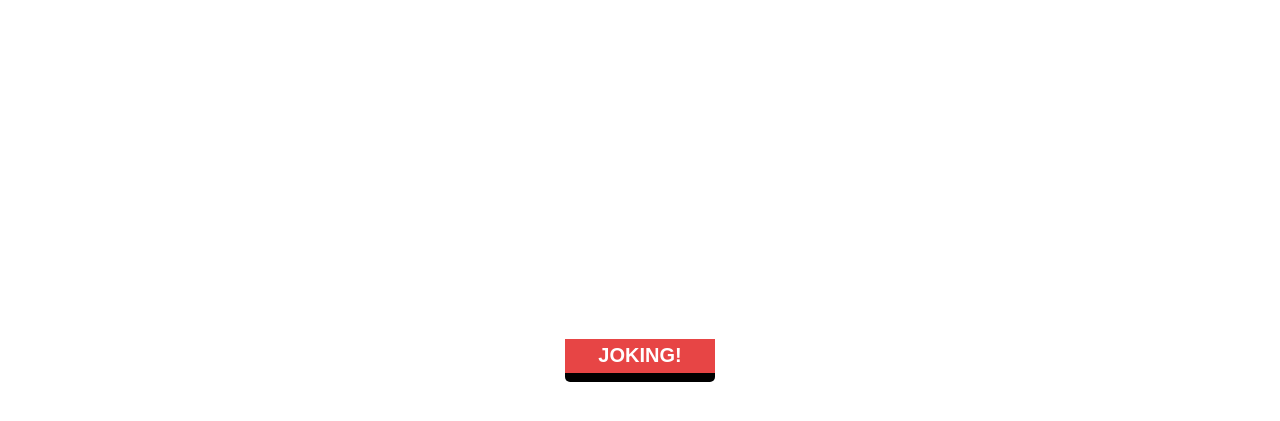
Repository: safak/animation
Page: index.html
The author's editor kept a copy of each file at every save. The page is drawn from the files as they stood at one save, then again after the next save.
The browser window is 1280 px wide. The pictures show the whole page.
The pointer rests on the first visible `.button-1`.

Above is the page before, as saved 2020-12-17 01:44:40.

After the next save:
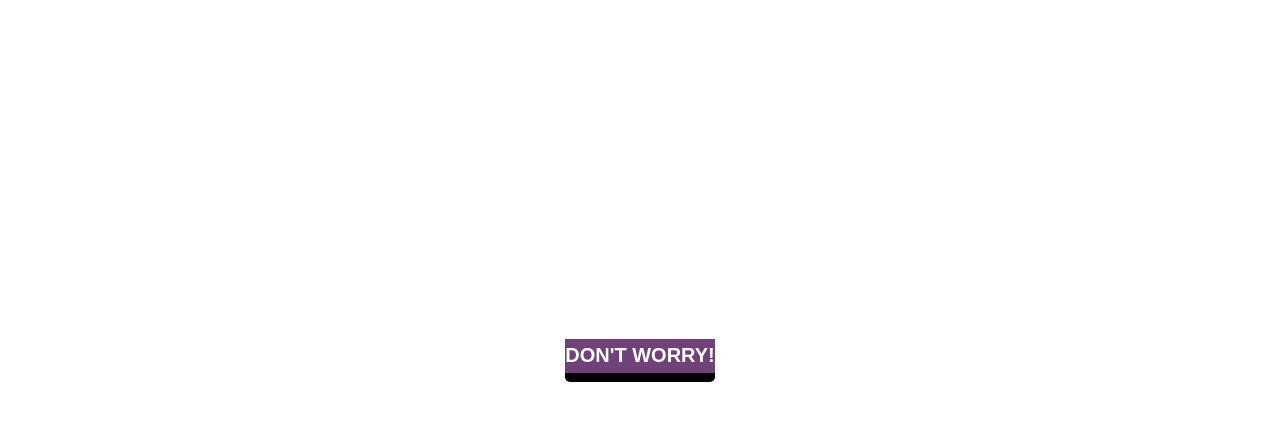
Saved 66 s later.
--- a/style.css
+++ b/style.css
@@ -41,6 +41,22 @@ button {
   overflow: hidden;
 }
 
+.button-1:hover.button-1::after {
+  position: absolute;
+  width: 100%;
+  height: 0%;
+  display: flex;
+  align-items: center;
+  justify-content: center;
+  top: 0;
+  left: 0;
+  content: "DON'T WORRY!";
+  font-weight: bold;
+  background-color: rgb(113, 66, 122);
+  animation: retrive 1s alternate infinite;
+  overflow: hidden;
+}
+
 @keyframes retrive {
   to {
     height: 100%;
